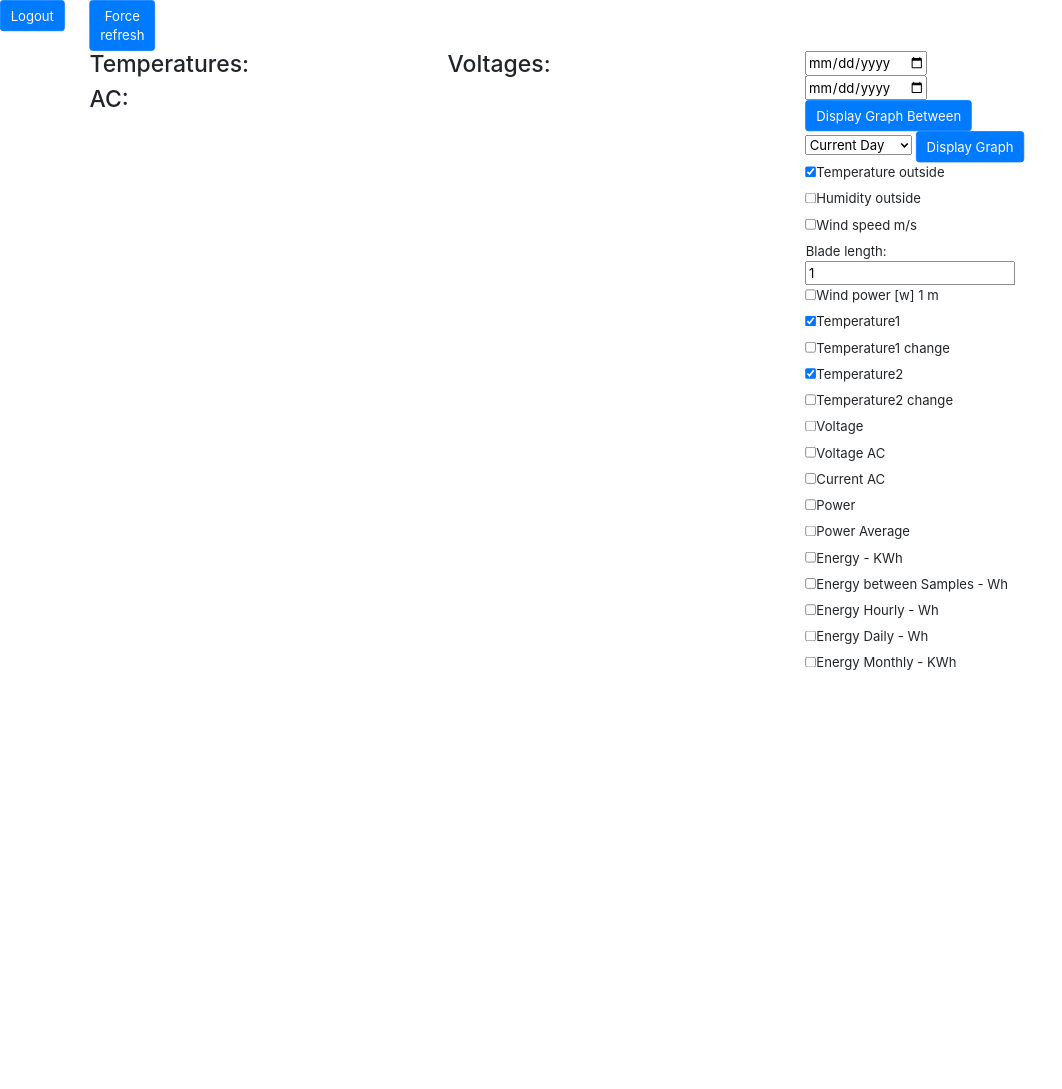
Repository: duicul/flaskRaspberryApp
Page: flask_pydev/templates/home_measure.html
An editor plug-in stored every save of this project. The page is shown before and after the next save, followed by the edit.
The browser window is 1280 px wide. The page is 1295 px wide, so the pictures cover 1295 px, including what lies to the right of the window. The pictures show the whole page, at 82% of full size.
The page's requests for data from a server got no answer.

Above is the page before, as saved 2021-06-24 07:45:37.

After the next save:
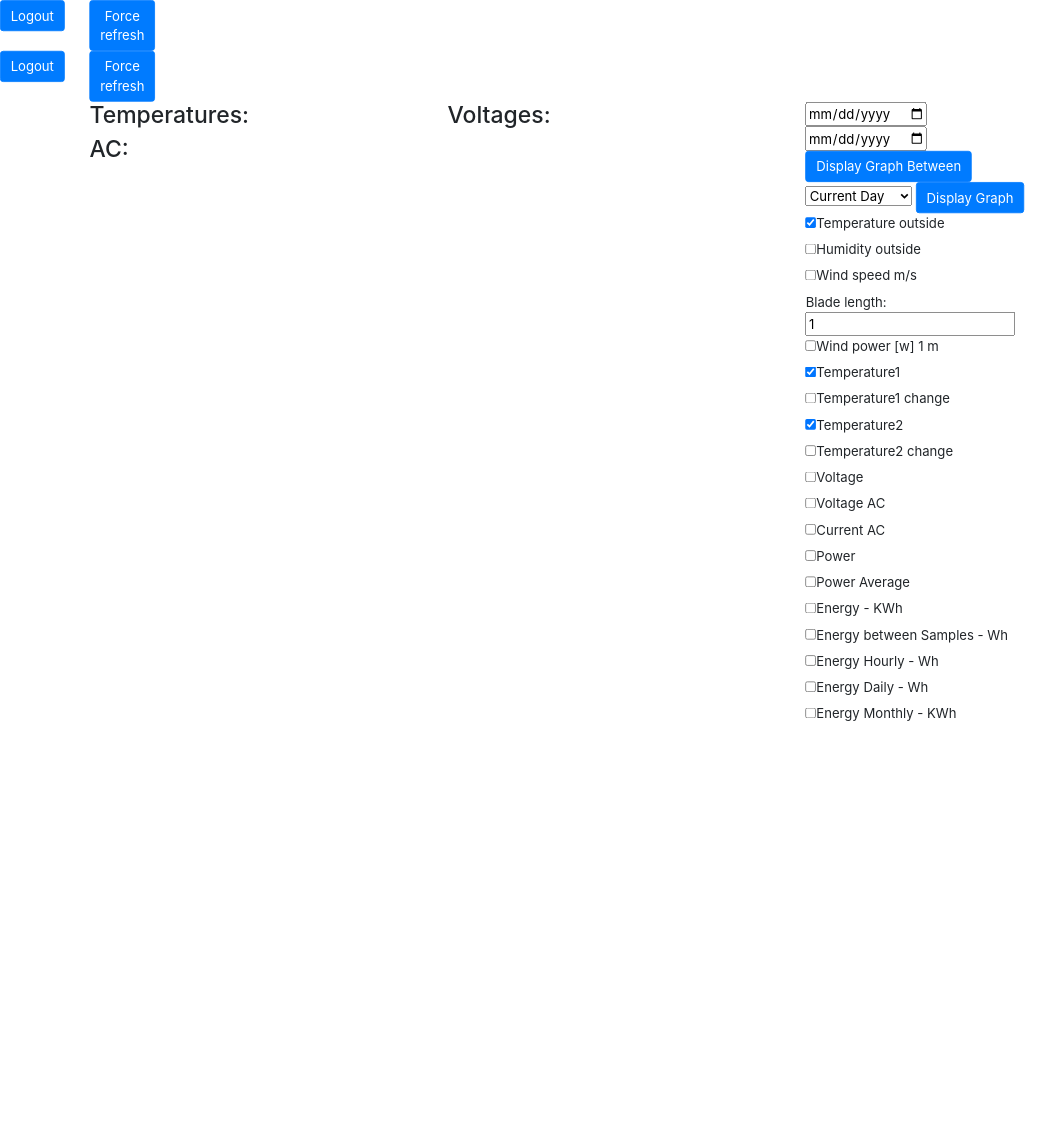
Saved 3 min 29 s later.
--- a/flask_pydev/templates/home_measure.html
+++ b/flask_pydev/templates/home_measure.html
@@ -21,6 +21,17 @@ background-color:rgb(100,120,180);
 <title>Home Station</title>
 </head>
 <body onload="init();">
+
+<div class="row">
+    <div class="col-md-1">
+    <a class="btn btn-primary" href="/logout">Logout</a>
+    </div>
+    <div class="col-md-1">
+        <button type="button" class="btn btn-primary" onclick="force_refresh();">Force refresh</button>
+    </div>
+    <div class="col-md-10" id="weather_status">
+    </div>
+</div>
 
 <div class="row">
     <div class="col-md-1">
